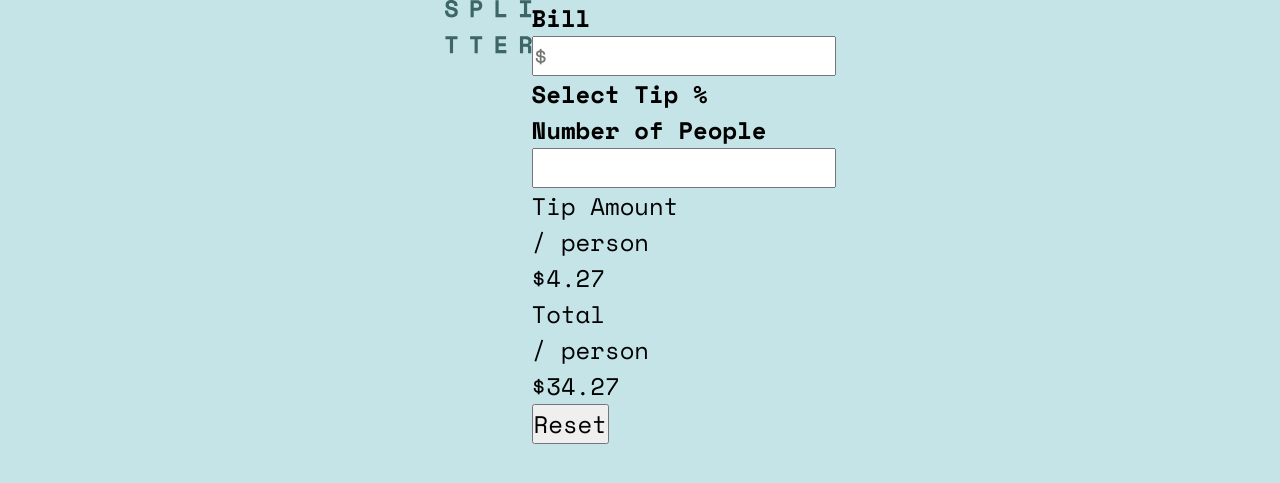
Repository: tomas938/tipcalculator
Page: /
These files come from the project's save history. The page is drawn as it stood at one moment and after the next save; the edit follows.
The browser window is 1280 px wide. The pictures show the whole page.
The project was rebuilt for these pictures with package versions that can differ from the ones it lists, and the page was loaded fresh each time.

Above is the page before, as saved 2021-08-03 21:53:36.

After the next save:
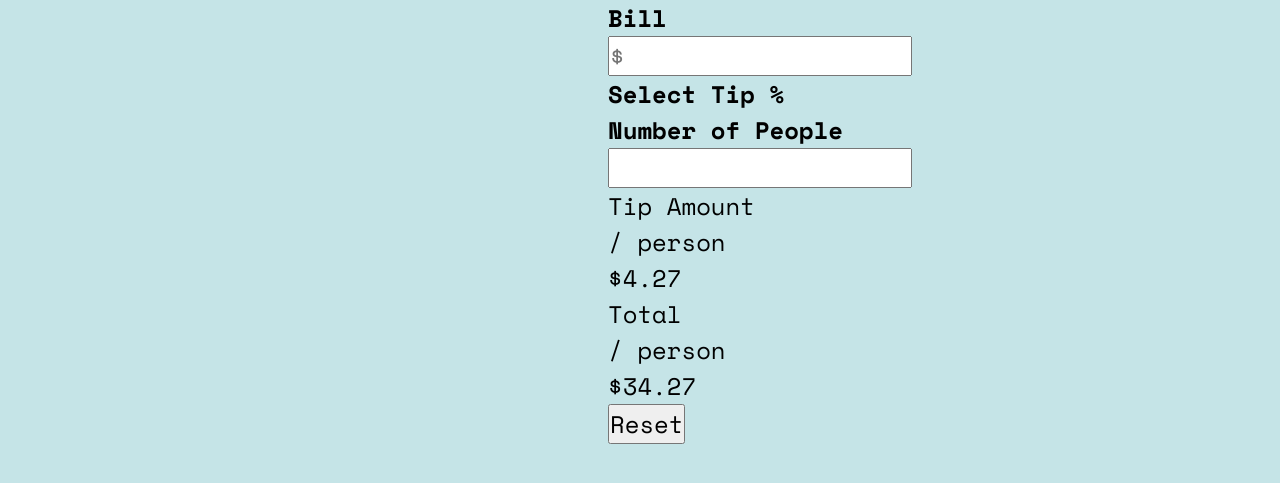
Saved 9 s later.
--- a/src/components/Splitter.vue
+++ b/src/components/Splitter.vue
@@ -50,5 +50,6 @@
 
 <style lang="scss" scoped>
 svg {
+	padding: 5rem;
 }
 </style>

After the save that followed:
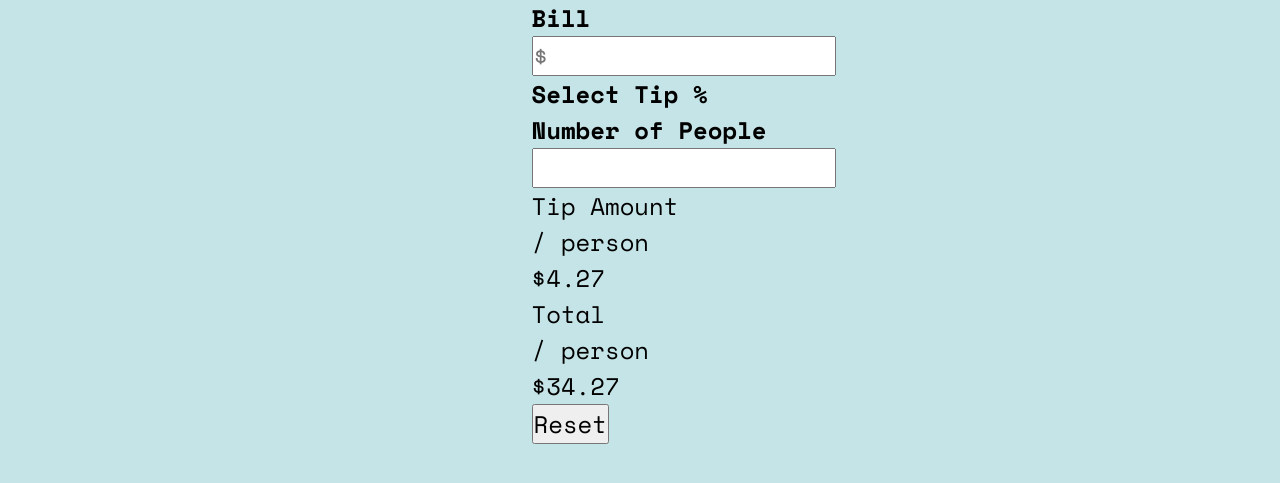
Saved 6 s later.
--- a/src/components/Splitter.vue
+++ b/src/components/Splitter.vue
@@ -50,6 +50,6 @@
 
 <style lang="scss" scoped>
 svg {
-	padding: 5rem;
+	padding: 5rem 0;
 }
 </style>
